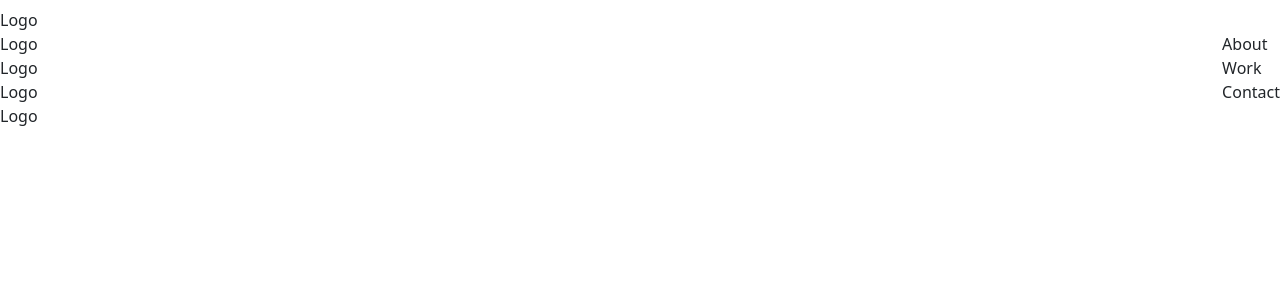
Repository: nida463/Website-PKL
Page: /main
These files come from the project's save history. The page is drawn as it stood at one moment and after the next save; the edit follows.
The browser window is 1280 px wide. The pictures show the whole page.
The project was rebuilt for these pictures with package versions that can differ from the ones it lists, and the page was loaded fresh each time.

Above is the page before, as saved 2024-09-26 14:47:38.

### src/App.js
import React from 'react';
import Navbar from './Components/organisms/Navbar';


function App() {
  return (
    <div className="App">
      <Navbar />
    </div>
  );
}

export default App;

### src/Components/organisms/Navbar.js
// Navbar.js
import React from 'react';
import './Navbar.css'; // Mengimpor file CSS untuk Navbar
import Logo from './Logo'; // Mengimpor Logo Atom
import MenuItem from '../molecules/MenuItem'; // Mengimpor MenuItems Molekul

const Navbar = () => {
  return (
    <nav className="navbar">
      <Logo />
      <MenuItem />
    </nav>
  );
};

export default Navbar;

### src/Components/organisms/Navbar.css
/* Navbar.css */
.navbar {
    display: flex;
    flex-direction: row;
    justify-content: space-between;
    align-items: center;
    padding: 24px 42px;
    gap: 24px;
    width: 1280px;
    height: 78px;
    background: #FFFFFF;
  }

### src/Components/organisms/Logo.js
// Logo.js
import React from 'react';
import LogoGroup from '../molecules/LogoGroup';

const Logo = () => {
    return (
        <div className="logo-bar">
            <LogoGroup />
        </div>
    );
};

export default Logo;

### src/Components/molecules/MenuItem.js
// MenuItems.js
import React from 'react';
import Navlink from '../atoms/Navlink'; // Mengimpor NavLink Atom


const MenuItems = () => {
  return (
    <div className="menu-items">
      <Navlink href="#about">About</Navlink>
      <Navlink href="#work">Work</Navlink>
      <Navlink href="#contact">Contact</Navlink>
    </div>
  );
};

export default MenuItems;

### src/Components/molecules/LogoGroup.js
import React from 'react';
import Logo from '../atoms/Logo'; // Pastikan jalur ini benar

const LogoGroup = () => {
    const logos = [
        { src: "/img/Google.png", alt: "Google Logo" },
        { src: "/img/Nike.png", alt: "Nike Logo" },
        { src: "/img/Samsung.png", alt: "Samsung Logo" },
        { src: "/img/Apple.png", alt: "Apple Logo" },
        { src: "/img/Adidas.png", alt: "Adidas Logo" }
    ];

    return (
        <div className="logo-group">
            {logos.map((logo, index) => (
                <Logo key={index} src={logo.src} alt={logo.alt} />
            ))}
        </div>
    );
};

export default LogoGroup;

### src/Components/atoms/Navlink.js
// NavLink.js
import React from 'react';
import './Navlink.css'; // CSS untuk NavLink

const NavLink = ({ href, children }) => {
  return (
    <a href={href} className="nav-link">
      {children}
    </a>
  );
};

export default NavLink;

### src/Components/atoms/Logo.js
// Logo.js
import React from 'react';
import './Logo.css'; // Pastikan ini mengarah ke file Logo.css yang benar

const Logo = () => {
  return (
    <div className="logo">Logo</div>
  );
};

export default Logo;

### src/Components/atoms/Navlink.css
/* Navlink.css */
.nav-link {
    font-size: 18px;
    font-weight: 400;
    color: #000000;
    text-decoration: none;
  }

  .nav-link:hover {
    color: #444444;
  }

### src/Components/atoms/Logo.css
/* Logo.css */
.logo {
    display: flex;
    justify-content: center;
    align-items: center;
    width: auto;
    height: auto;
    padding: 0; /* No padding inside the logo */
}

.logo img {
    width: 116.07px;
    height: 38.21px;
    object-fit: contain; /* Maintain aspect ratio */
}

Loaded but not shown: public/index.html (common file); src/index.js (common file); src/index.css (common file); src/reportWebVitals.js (common file)

After the next save:
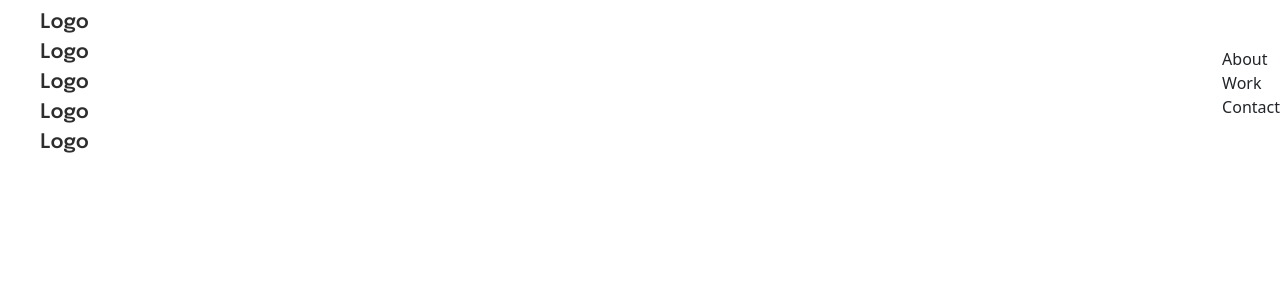
Saved 8 min 22 s later.
--- a/src/Components/atoms/Logo.css
+++ b/src/Components/atoms/Logo.css
@@ -1,15 +1,20 @@
-/* Logo.css */
 .logo {
     display: flex;
+    align-items: center;
     justify-content: center;
-    align-items: center;
-    width: auto;
-    height: auto;
-    padding: 0; /* No padding inside the logo */
-}
+    font-family: 'Epilogue', sans-serif;
+    font-style: normal;
+    font-weight: 600;
+    font-size: 20px;
+    line-height: 30px;
+    color: #2D2D2D;
+    margin-left: 40px; /* Jarak logo dari sisi kiri navbar */
+    width: 49px; /* Lebar logo */
+    height: 30px; /* Tinggi logo */
+  }
 
-.logo img {
-    width: 116.07px;
+  .logo img {
+    width: 116.07px; /* Ukuran gambar logo */
     height: 38.21px;
-    object-fit: contain; /* Maintain aspect ratio */
-}
+    object-fit: contain; /* Mempertahankan rasio aspek gambar */
+  }
